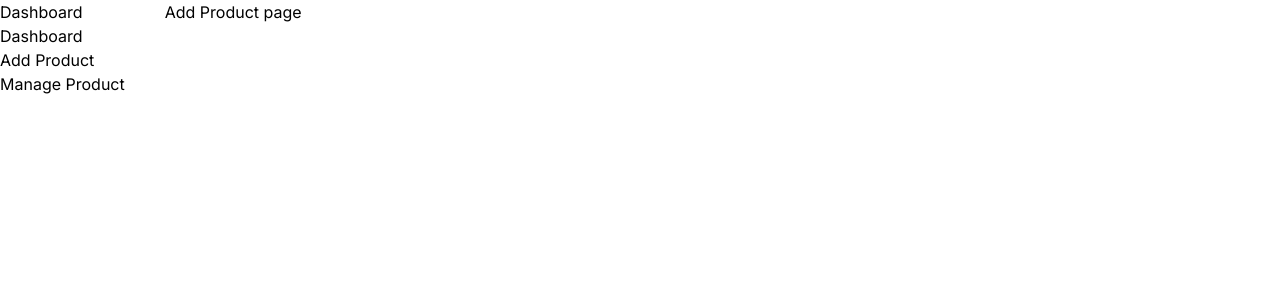
Repository: Wahid137/try-next-js
Page: /dashboard/add-product
An editor plug-in stored every save of this project. The page is shown before and after the next save, followed by the edit.
The browser window is 1280 px wide. The pictures show the whole page.
The project was rebuilt for these pictures with package versions that can differ from the ones it lists, and the page was loaded fresh each time. The framework's server and built-in components were replaced by stand-ins that run in the browser. Also part of the build but not shown: next.config.js.

Above is the page before, as saved 2023-10-17 13:55:26.

### src/app/layout.js
import './globals.css'
import { Inter } from 'next/font/google'

const inter = Inter({ subsets: ['latin'] })

export const metadata = {
  title: 'Try Next js',
  description: 'Try Next js',
}

const RootLayout = ({ children }) => {
  return (
    <html lang="en">
      <body className={inter.className}>

        {children}

      </body>
    </html>
  )
}

export default RootLayout;

### src/app/dashboard/layout.js
import React from 'react';
import Sidebar from './Sidebar';
export const metadata = {
    title: 'dashboard | Try Next js',
    description: 'Try Next js',
}
const DashboardLayout = ({ children }) => {
    return (
        <div className='flex container mx-auto'>
            <Sidebar />
            {children}
        </div>
    );
};

export default DashboardLayout;

### src/app/dashboard/add-product/page.js
import React from 'react';
export const metadata = {
    title: 'Add Product |  dashboard | Try Next js',
    description: 'Try Next js',
}
const AddProductPage = () => {
    return (
        <div>
            <h1>Add Product page</h1>
        </div>
    );
};

export default AddProductPage;

### src/app/dashboard/Sidebar.jsx
import React from "react";
const navLinks = [
  {
    path: "/dashboard",
    title: "Dashboard",
  },
  {
    path: "/dashboard/add-product",
    title: "Add Product",
  },
  {
    path: "/dashboard/manage-product",
    title: "Manage Product",
  },
];

const Sidebar = () => {
  return (
    <div>
      <aside className="mr-10">
        <h1>Dashboard</h1>
        <ul>
          {navLinks.map(({ path, title }) => (
            <li key={path}>{title}</li>
          ))}
        </ul>
      </aside>
    </div>
  );
};

export default Sidebar;

Loaded but not shown: src/app/globals.css (common file); tailwind.config.js (common file)

After the next save:
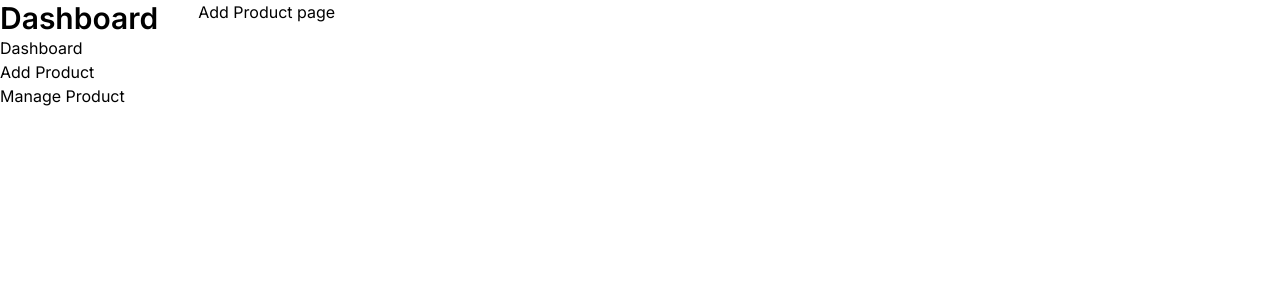
Saved 11 h 28 min later.
--- a/src/app/dashboard/Sidebar.jsx
+++ b/src/app/dashboard/Sidebar.jsx
@@ -18,7 +18,7 @@ const Sidebar = () => {
   return (
     <div>
       <aside className="mr-10">
-        <h1>Dashboard</h1>
+        <h1 className="text-3xl font-semibold">Dashboard</h1>
         <ul>
           {navLinks.map(({ path, title }) => (
             <li key={path}>{title}</li>
